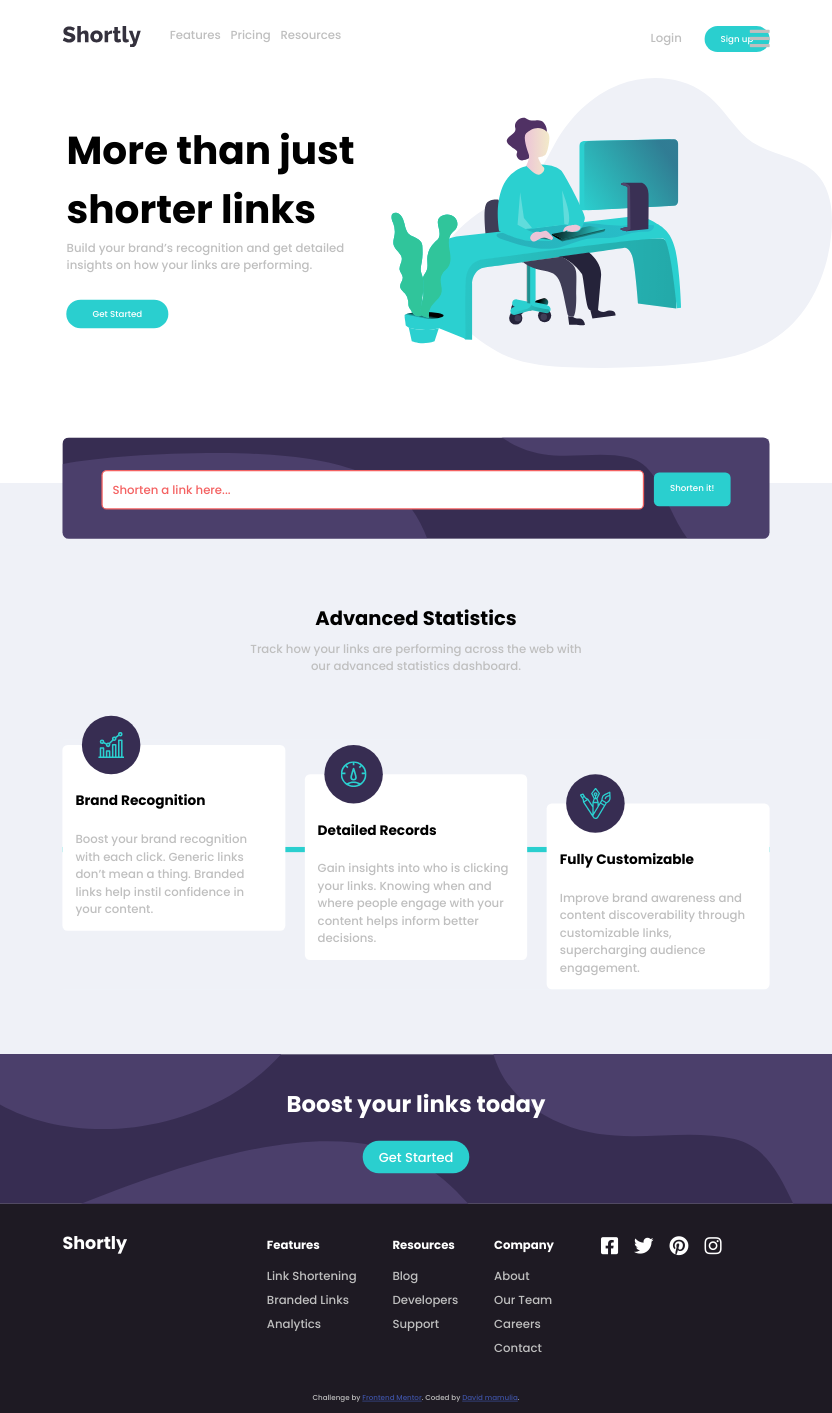
Repository: mamulini/URL-shortener
Page: index.html
An editor plug-in stored every save of this project. The page is shown before and after the next save, followed by the edit.
The browser window is 1280 px wide. The pictures show the whole page, at 65% of full size.
Some web libraries are served in a nearby version. The style sheet was rebuilt from its Sass, Less or Tailwind sources for each picture, by a compiler version that may differ from the author's.

Above is the page before, as saved 2020-04-28 19:56:48.

After the next save:
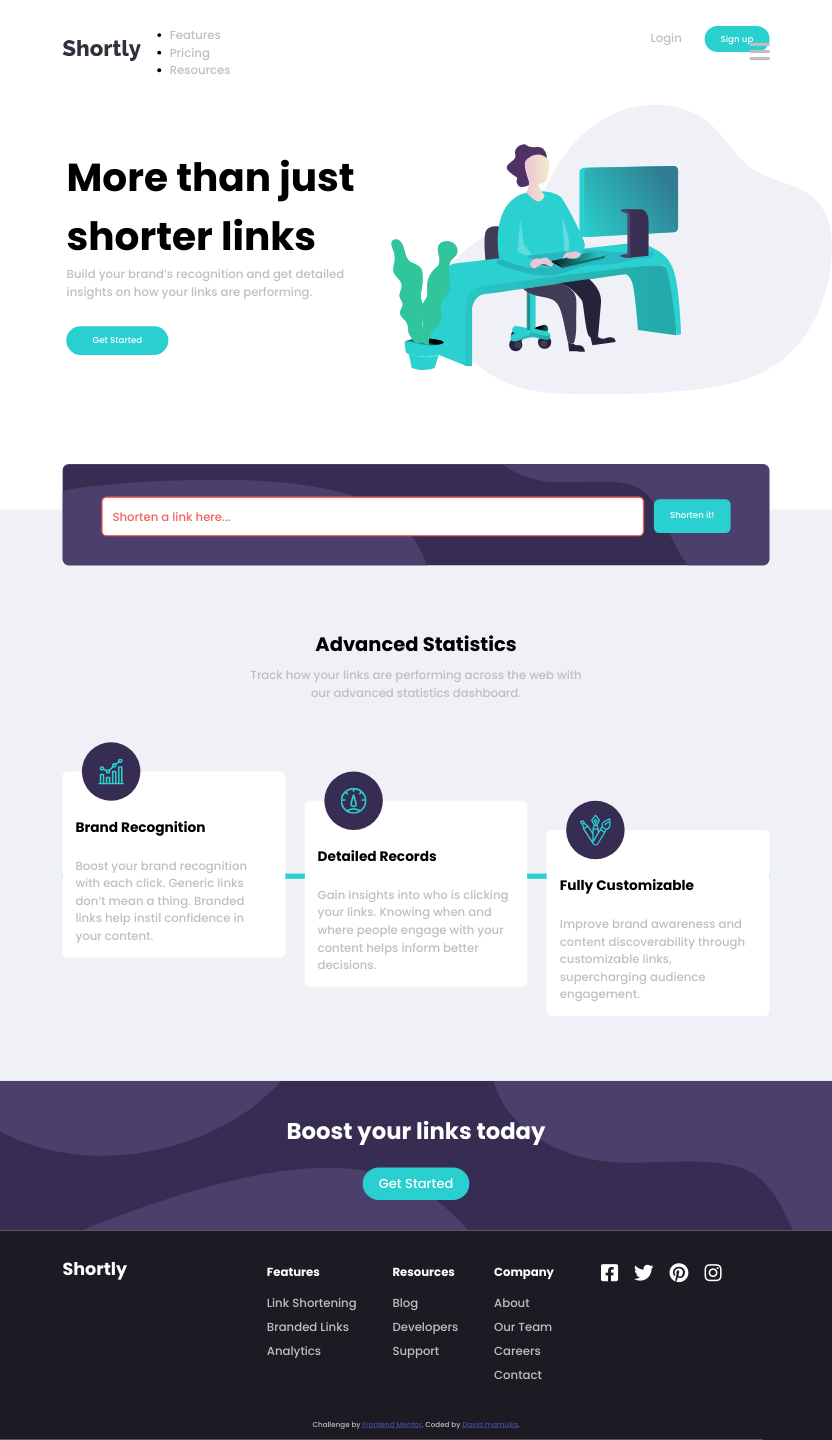
Saved 17 s later.
--- a/sass/main.scss
+++ b/sass/main.scss
@@ -51,7 +51,7 @@ img {
     justify-content: space-between;
     flex: 2;
 
-    &__menu{
+    &__list{
         display: flex;
         justify-content: space-between;
         list-style: none;

After the save that followed:
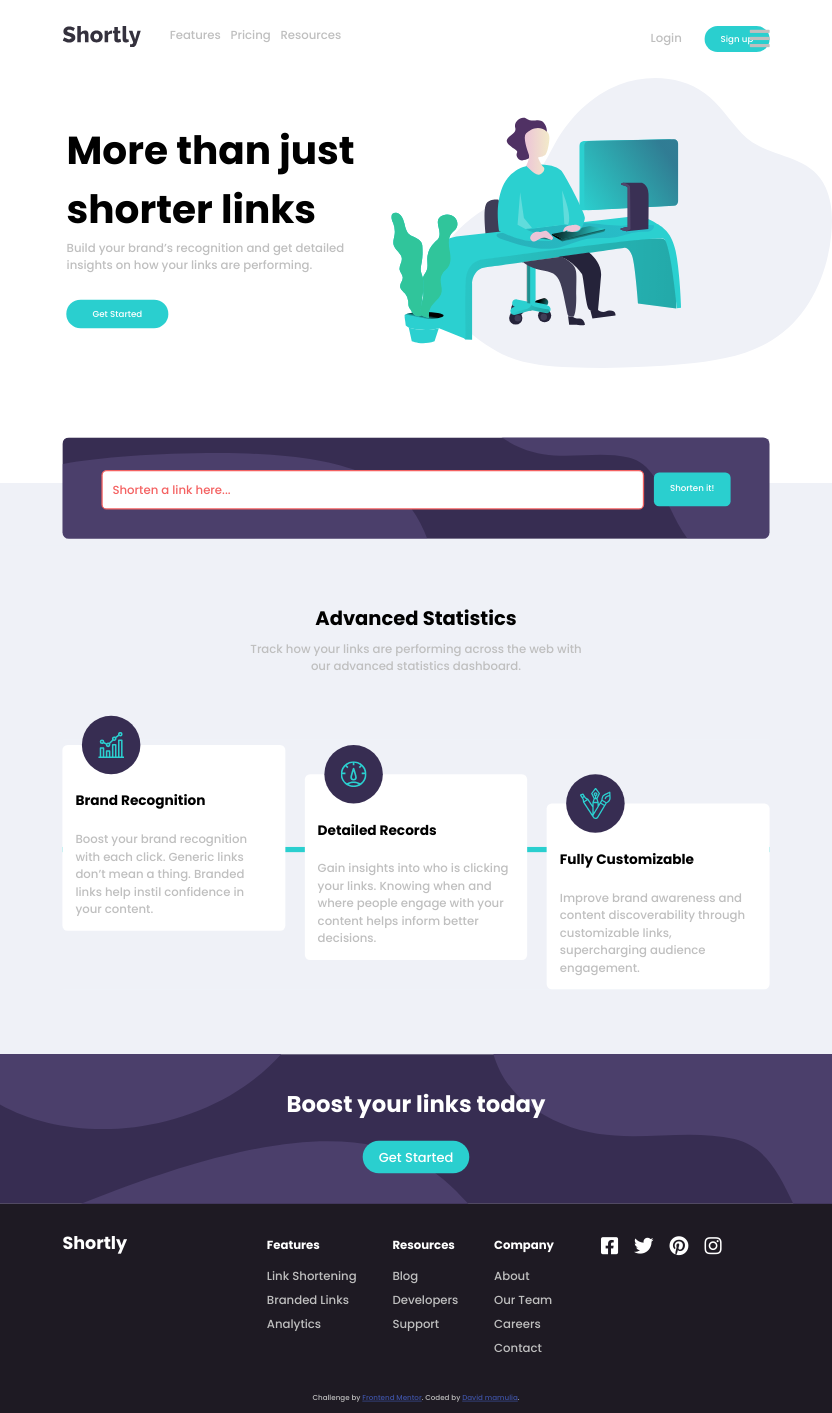
Saved 8 s later.
--- a/index.html
+++ b/index.html
@@ -21,7 +21,7 @@
       <span class="hamburger"><i class="fas fa-bars"></i></span>
     </button>
     <nav class="nav">
-      <ul class="nav__menu">
+      <ul class="nav__list">
         <li class="nav__item"><a class="nav__link" href="#">Features</a></li>
         <li class="nav__item"><a class="nav__link" href="#">Pricing</a></li>
         <li class="nav__item"><a class="nav__link" href="#">Resources</a></li>
